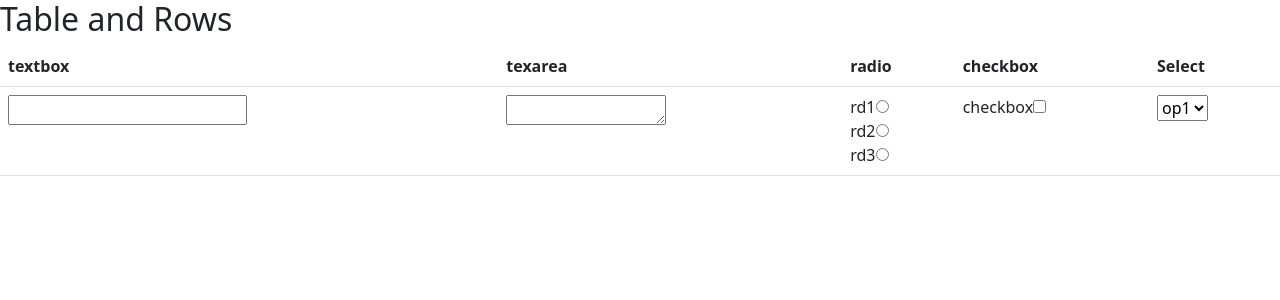
Repository: ishanbassi/iotasol-assignments
Page: /iotasol/work-8
An editor plug-in stored every save of this project. The page is shown before and after the next save, followed by the edit.
The browser window is 1280 px wide. The pictures show the whole page.
The project was rebuilt for these pictures with package versions that can differ from the ones it lists, and the page was loaded fresh each time. Some packages were replaced by stand-ins written for this rebuild. The framework's server and built-in components were replaced by stand-ins that run in the browser. Also part of the build but not shown: styles/global.css.

Above is the page before, as saved 2022-11-09 12:35:58.

### pages/_app.tsx
import "../styles/global.css"
import 'bootstrap/dist/css/bootstrap.min.css';
export default function App({Component,ComponentProps}){
    return(
        <Component {...ComponentProps}/>
    )
}

### pages/iotasol/work-8.tsx
import { Table } from "react-bootstrap"
import { useState } from "react"
export default function App() {
    const [count, setCount] = useState(1)
    return (
        <>
            <h2>Table and Rows</h2>
            <Table>
                <thead>
                    <tr>
                        <th>textbox</th>
                        <th>texarea</th>
                        <th>radio</th>
                        <th>checkbox</th>
                        <th>Select</th>
                    </tr>
                </thead>
                <tbody>
                    <tr>
                        <td>
                            <input type="text" name="small" id="small" />
                        </td>
                        <td>
                            <textarea name="details" id="details" cols={15} rows={1}></textarea>
                        </td>
                        <td>
                            <div>
                                <label htmlFor="rd1">rd1</label>
                                <input type="radio" name="rd" id="rd1" value="rd1" />
                            </div>
                            <div>
                                <label htmlFor="rd2">rd2</label>
                                <input type="radio" name="rd" id="rd2" value="rd2" />
                            </div>
                            <div>
                                <label htmlFor="rd3">rd3</label>
                                <input type="radio" name="rd" id="rd3" value="rd3" />
                            </div>
                        </td>
                        <td>
                            <label htmlFor="check">checkbox</label>
                            <input type="checkbox" name="check" id="check" />
                        </td>
                        <td>
                            <select name="select" id="select">
                                <option value="op1">op1</option>
                                <option value="op2">op2</option>
                                <option value="op3">op3</option>
                            </select>
                        </td>
                    </tr>
                </tbody>
            </Table>
            <style jsx>{`
                    label{
                        font-size:bold;
                    }
                `}

            </style>
        </>
    )
}

After the next save:
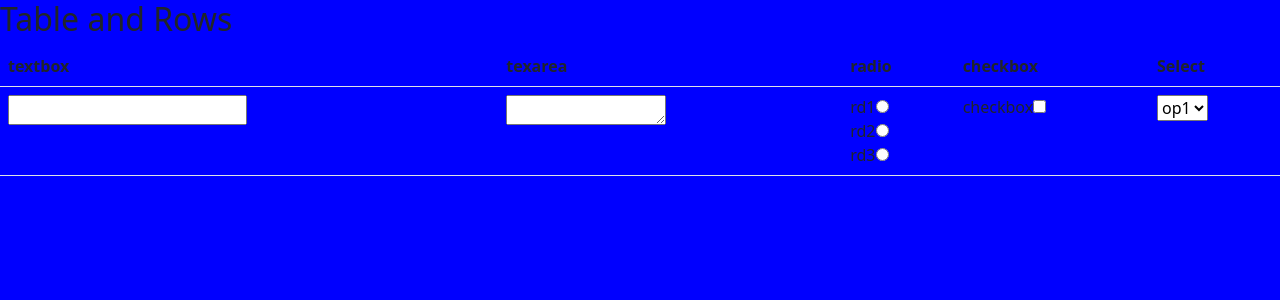
Saved 18 s later.
--- a/pages/iotasol/work-8.tsx
+++ b/pages/iotasol/work-8.tsx
@@ -52,8 +52,8 @@ export default function App() {
                 </tbody>
             </Table>
             <style jsx>{`
-                    label{
-                        font-size:bold;
+                    body{
+                        background:blue;
                     }
                 `}
 
